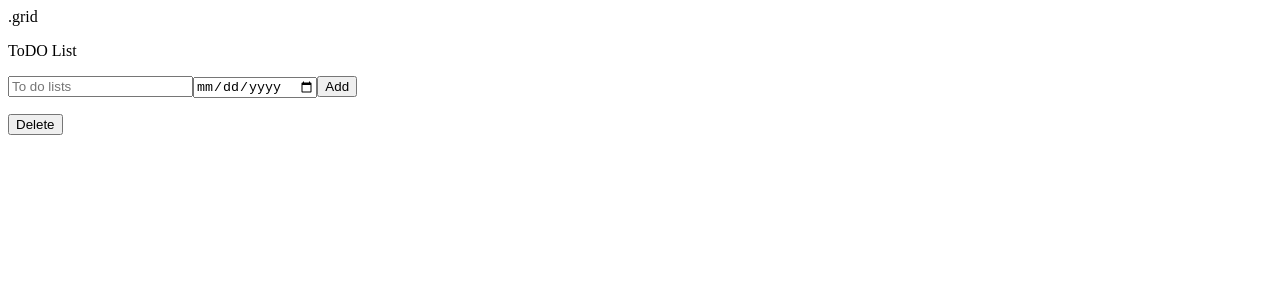
Repository: pgyunknown/ToDo-List
Page: index.html
An editor plug-in stored every save of this project. The page is shown before and after the next save, followed by the edit.
The browser window is 1280 px wide. The pictures show the whole page.

Above is the page before, as saved 2024-08-29 19:36:05.

After the next save:
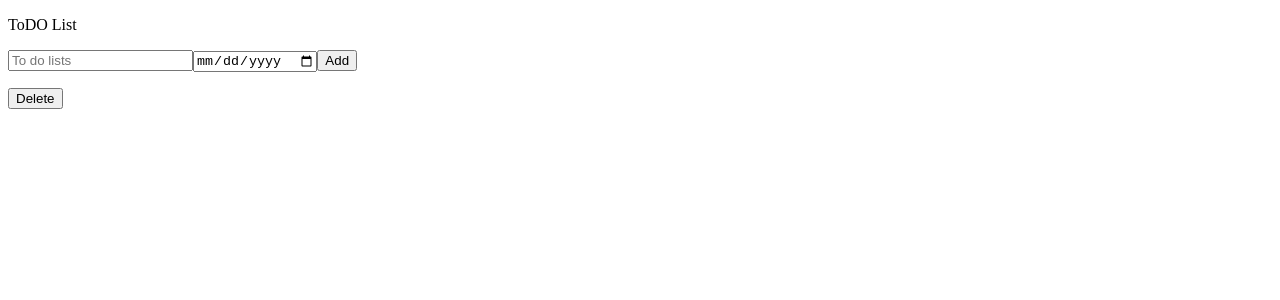
Saved 5 s later.
--- a/index.html
+++ b/index.html
@@ -6,7 +6,7 @@
   <title>Document</title>
 </head>
 <body>
-  .grid
+  <div class="grid-body"></div>
   <p>ToDO List</p>
   <input placeholder="To do lists" class="js-name-input"><input type="date" class="js-date-b"><button onclick="addWork();">Add</button><br>
 
